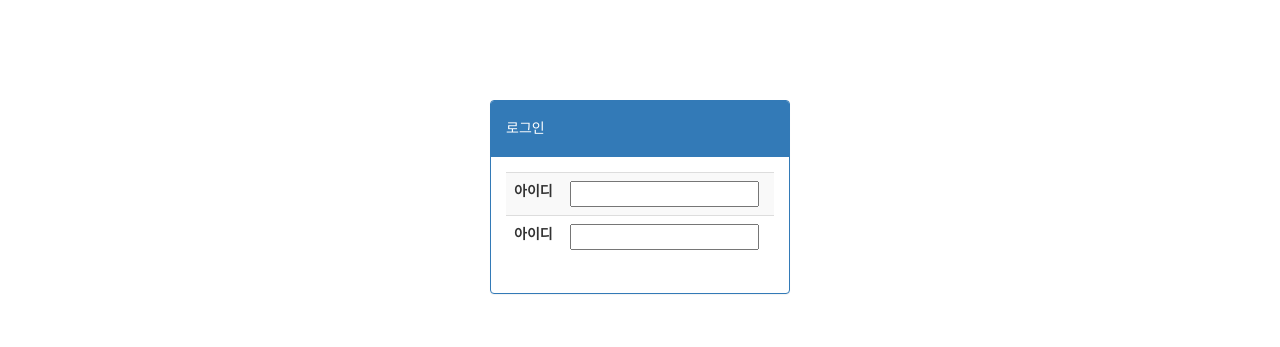
Repository: simDev1234/WebStudy
Page: http://localhost/2022_0607_PhotoGallery/member/login_form.do
These files come from the project's save history. The page is drawn as it stood at one moment and after the next save; the edit follows.
The browser window is 1280 px wide. The pictures show the whole page.
The page is served by Tomcat 9.

Above is the page before, as saved 2022-06-07 08:16:30.

After the next save:
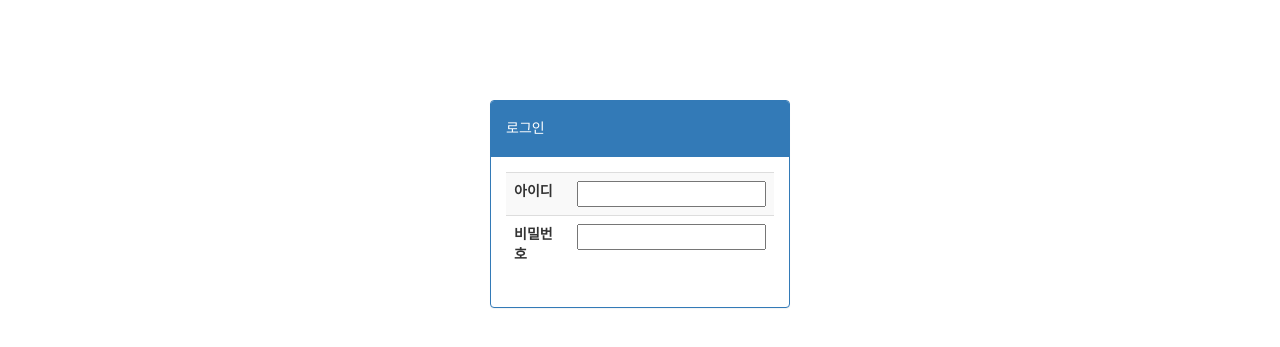
Saved 4 s later.
--- a/_01_상반기_WebStudy/2022_0607_PhotoGallery/src/main/webapp/member/member_login_form.jsp
+++ b/_01_상반기_WebStudy/2022_0607_PhotoGallery/src/main/webapp/member/member_login_form.jsp
@@ -29,7 +29,7 @@
 		             <td><input name = "m_id"></td>
 		           </tr>
 		           <tr>
-		             <th>아이디</th>
+		             <th>비밀번호</th>
 		             <td><input name = "m_id"></td>
 		           </tr>
 		       </table>
